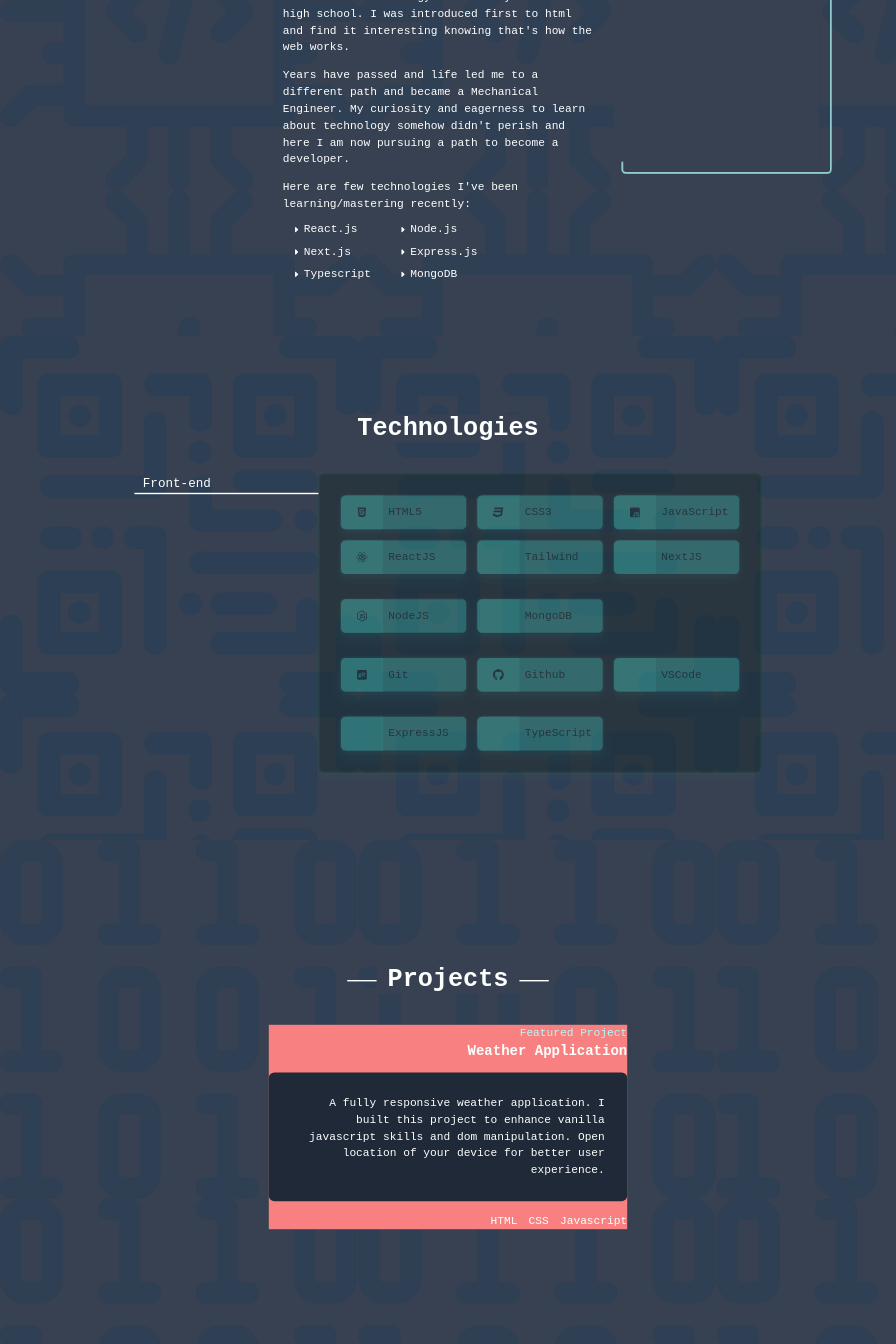
Repository: riandev25/nextjs-portfolio
Page: /
An editor plug-in stored every save of this project. The page is shown before and after the next save, followed by the edit.
The browser window is 1280 px wide. The pictures show the part of the page from y = 960 to 2880 px (the page is 2880 px tall), at 70% of full size.
Backgrounds fixed to the window are drawn as part of the page. The project was rebuilt for these pictures with package versions that can differ from the ones it lists, and the page was loaded fresh each time. The framework's server and built-in components were replaced by stand-ins that run in the browser. Also part of the build but not shown: next.config.js, components/Home/Keyboard/index.module.css, components/Home/Keyboard/index.jsx.

Above is the page before, as saved 2022-11-12 19:05:54.

### pages/_app.jsx
import Head from 'next/head';
import link from 'next/link';
import '../styles/globals.css';

import Layout from '../components/Layout';
import { ParallaxProvider } from 'react-scroll-parallax';

function MyApp({ Component, pageProps }) {
  return (
    <ParallaxProvider>
      <Head>
        <title>Rian Miguel Engracia</title>
        <meta name='viewport' content='initial-scale=1.0, width=device-width' />
        <link
          rel='apple-touch-icon'
          sizes='180x180'
          href='/apple-touch-icon.png'
        />
        <link
          rel='icon'
          type='image/png'
          sizes='32x32'
          href='/favicon-32x32.png'
        />
        <link
          rel='icon'
          type='image/png'
          sizes='16x16'
          href='/favicon-16x16.png'
        />
        <link rel='manifest' href='/site.webmanifest' />
        <link rel='mask-icon' href='/safari-pinned-tab.svg' color='#5bbad5' />
        <meta name='msapplication-TileColor' content='#2d89ef' />
        <meta name='theme-color' content='#ffffff' />
      </Head>
      <Layout>
        <Component {...pageProps} />
      </Layout>
    </ParallaxProvider>
  );
}

export default MyApp;

### pages/index.jsx
import Head from 'next/head';
import Image from 'next/image';
import Home from '../components/Home/Home';
import { Fragment } from 'react';
import Header from '../components/Header';
import About from '../components/About';
import Technologies from '../components/Technologies';
import Projects from '../components/Projects';

export default function Page() {
  return (
    <Fragment>
      <Header />
      <Home />
      <About />
      <Technologies />
      <Projects title='Projects' />
    </Fragment>
  );
}

### styles/globals.css
@tailwind base;
@tailwind components;
@tailwind utilities;

html,
body {
  padding: 0;
  margin: 0;
  /* font-family: 'Roboto', sans-serif; */
  font-family: monospace, sans-serif;
}

a {
  color: inherit;
  text-decoration: none;
}

* {
  box-sizing: border-box;
}

.image-filter {
  /* filter: invert(93%) sepia(19%) saturate(586%) hue-rotate(121deg)
    brightness(102%) contrast(97%); */
  filter: invert(93%) sepia(69%) saturate(347%) hue-rotate(120deg)
    brightness(104%) contrast(97%);
  opacity: 0.3;
  transition: filter 0.3s, opacity 0.3s;
}

.image-filter:hover {
  filter: none;
  opacity: 1;
}

@media (prefers-color-scheme: dark) {
  html {
    color-scheme: dark;
  }
  body {
    color: white;
    background: black;
  }
}

### components/Layout/index.jsx
import Header from '../Header';
import Email from '../Header/Email';

const Layout = ({ children }) => {
  return (
    <div className='relative w-full h-full bg-gray-700'>
      <Header />
      <Email />
      {children}
    </div>
  );
};

export default Layout;

### components/Home/Home.jsx
import Link from 'next/link';
import Image from 'next/future/image';
import { useParallax } from 'react-scroll-parallax';
import styles from './index.module.css';
import DevImage from '../../assets/images/dev-image.svg';
import GithubImage from '../../assets/images/github-neon-fill.png';
import LinkedinImage from '../../assets/images/linkedin-neon-fill.png';
import FacebookImage from '../../assets/images/facebook-neon-fill.png';
import Keyboard from './Keyboard';
import { useState } from 'react';

export const images = [
  {
    id: 'github',
    imgSrc: GithubImage,
    link: 'https://github.com/riandev25',
  },
  {
    id: 'linkedin',
    imgSrc: LinkedinImage,
    link: 'https://www.linkedin.com/in/rian-miguel-engracia/',
  },
  {
    id: 'facebook',
    imgSrc: FacebookImage,
    link: 'https://web.facebook.com/rianmiguel.engracia',
  },
  {
    id: 'email',
    email: 'rianengracia@gmail.com',
  },
];

const nameArray = ['I', '&apos;', 'm', ' ', 'R', 'i', 'a', 'n'];
const jobArray = [
  'f',
  'u',
  'l',
  'l',
  ' ',
  's',
  't',
  'a',
  'c',
  'k',
  ' ',
  'd',
  'e',
  'v',
  'e',
  'l',
  'o',
  'p',
  'e',
  'r',
];

const Home = () => {
  const { ref } = useParallax({
    translateY: [-100, 30, 'easeInOut'],
  });
  const [keyboard, setKeyboard] = useState(true);
  return (
    <header className='flex justify-center items-center w-full h-screen px-20 bg-fixed bg-repeat bg-bg_gear_image'>
      <section ref={ref} className='w-4/12 space-y-4'>
        <div className='flex flex-col gap-2.5 place-items-start'>
          <h1 className={`text-xl font-thin text-white ${styles.typingLet}`}>
            Hi there!
          </h1>
          <h1 className='text-6xl font-bold animate-neon_text'>
            I&apos;m Rian Miguel
          </h1>
          <h1 className='text-xl text-white font-bold'>
            <span className='text-xl font-thin'>a</span> Full Stack Developer
          </h1>
        </div>
        <ul className='flex flex-row gap-4'>
          {images.map((item) => {
            if (item.id === 'email') return;
            return (
              <li
                className='block p-3 bg-gray-800 border rounded-lg border-[#b2fcfb] transition-all hover:scale-110'
                key={item.id}
              >
                <Link href={item.link} legacyBehavior>
                  <a className=''>
                    <Image
                      className=''
                      src={item.imgSrc}
                      alt={item.id}
                      width={20}
                      height={20}
                      sizes='5vw'
                    />
                  </a>
                </Link>
              </li>
            );
          })}
        </ul>
      </section>
      <section className='hidden lg:flex max-w-2xl h-full justify-center items-center'>
        <Image
          src={DevImage}
          alt='dev-image'
          width={500}
          height={500}
          sizes='(max-width: 768px) 50vw'
        />
        {/* <Keyboard /> */}
      </section>
    </header>
  );
};

export default Home;

### components/Header/index.jsx
import Logo from '../Logo';
import Navbar from './Navbar';
import { FontAwesomeIcon } from '@fortawesome/react-fontawesome';
import { faBars } from '@fortawesome/free-solid-svg-icons';

const Header = () => {
  return (
    <nav className='px-8 py-1 bg-gray-700 dark:bg-gray-900 fixed w-full z-50 top-0 left-0 border-b shadow-sm border-gray-700 md:px-20 md:py-3 dark:border-gray-600'>
      <div className='flex flex-row justify-between items-center w-full'>
        <section className=''>
          <Logo />
        </section>

        <div className='flex md:order-2'>
          <button
            type='button'
            className='hidden lg:flex bg-transparent text-[#b2fcfb] border border-[#b2fcfb] hover:bg-[#b2fcfb] hover:opacity-40 transition-all font-medium rounded-lg text-sm px-5 py-2.5 text-center mr-3 md:mr-0 dark:bg-blue-600 dark:hover:bg-blue-700 dark:focus:ring-blue-800'
          >
            Get started
          </button>
          <button
            data-collapse-toggle='navbar-sticky'
            type='button'
            className='cursor-pointer inline-flex items-center p-2 text-sm bg-white rounded-lg md:hidden hover:bg-gray-400 focus:outline-none focus:ring-2 focus:ring-gray-200 dark:text-gray-400 dark:hover:bg-gray-700 dark:focus:ring-gray-600'
            aria-controls='navbar-sticky'
            aria-expanded='false'
          >
            <span className='sr-only'>Open main menu</span>
            <FontAwesomeIcon icon={faBars} className='text-gray-800' />
          </button>
        </div>
        <Navbar />
      </div>
    </nav>
  );
};

export default Header;

### components/About/index.jsx
import Image from 'next/future/image';
import PageHeader from '../PageHeader';
import { FontAwesomeIcon } from '@fortawesome/react-fontawesome';
import { faCaretRight } from '@fortawesome/free-solid-svg-icons';
import ProgrammerImage from '../../assets/images/programmer.jpg';
import { useParallax } from 'react-scroll-parallax';

const technologies = [
  'React.js',
  'Node.js',
  'Next.js',
  'Express.js',
  'Typescript',
  'MongoDB',
];

const About = () => {
  return (
    <div className='pt-4 w-full h-screen flex flex-col gap-11 justify-center items-center text-white px-20 bg-bg_chip_image bg-fixed'>
      <PageHeader title='About me' />
      <div className='max-w-3xl flex flex-row gap-6'>
        <section className='max-w-md flex flex-col gap-4'>
          <p>
            Hi! I am Rian Miguel Engracia, a Registered Mechanical Engineer in
            the Philippines. My interest in technology started way back in high
            school. I was introduced first to html and find it interesting
            knowing that&apos;s how the web works.
          </p>
          <p>
            Years have passed and life led me to a different path and became a
            Mechanical Engineer. My curiosity and eagerness to learn about
            technology somehow didn&apos;t perish and here I am now pursuing a
            path to become a{' '}
            <span className='text-[neon-green] no-underline decoration-[neon-green] underline-offset-4 decoration-2 hover:underline'>
              developer
            </span>
            .
          </p>
          <div className='flex flex-col gap-3'>
            <p>
              Here are few technologies I&apos;ve been learning/mastering
              recently:
            </p>
            <ul className='grid grid-cols-3 gap-2'>
              {technologies.map((item, i) => {
                return (
                  <li
                    key={item}
                    className={`${(i + 1) % 2 === 0 ? 'col-span-2' : ''}
                    } flex justify-start items-center gap-2 pl-4`}
                  >
                    <FontAwesomeIcon icon={faCaretRight} className='w-1.5' />
                    <span className=''>{item}</span>
                  </li>
                );
              })}
            </ul>
          </div>
        </section>
        <section className='relative'>
          <div className='absolute z-20 w-[295px] h-[295px] bg-gray-700'></div>
          <Image
            className='relative z-30 rounded-md image-filter bg-[#b2fcfb] border-2 peer'
            src={ProgrammerImage}
            alt='developer'
            width={300}
            height={300}
            priority='true'
            sizes='(max-width: 768px) 100vw, 50vw'
          />
          <div className='absolute top-0 left-0 w-[300px] h-[300px] bg-transparent border-2 border-[#b2fcfb] transition-duration-300 delay-300 ease-in-out translate-x-3 translate-y-3 z-10 rounded-md peer-hover:translate-x-2 peer-hover:translate-y-2 '></div>
        </section>
      </div>
    </div>
  );
};

export default About;

### components/Projects/index.jsx
import Link from 'next/link';
import Image from 'next/future/image';
import PageHeader from '../PageHeader';
import WeatherImage from '../../assets/images/weather-app.png';
import { FontAwesomeIcon } from '@fortawesome/react-fontawesome';
import { faGithubAlt } from '@fortawesome/free-brands-svg-icons';
import { faSquareArrowUpRight } from '@fortawesome/free-solid-svg-icons';
import Links from './Links';

const TECH_WEATHER = ['HTML', 'CSS', 'Javascript'];
const WEATHER = [
  {
    id: 1,
    icon: faGithubAlt,
    link: 'https://riandev25.github.io/js-weather-app/dist/',
  },
  {
    id: 2,
    icon: faSquareArrowUpRight,
    link: 'https://riandev25.github.io/js-weather-app/dist/',
  },
];

const Projects = () => {
  return (
    <div className='pt-4 flex flex-col w-full h-screen gap-11 justify-center items-center text-white px-20 bg-bg_binary_image bg-fixed'>
      <PageHeader title='Projects' />
      <div className='flex flex-row justify-center items-center'>
        {/* <section className='relative w-24 h-24 flex'>
          <Image
            src={WeatherImage}
            alt='weather-app'
            fill
            className='object-cover w-7/12'
          />
        </section> */}
        <section className='w-[32rem] bg-red-400 flex flex-col gap-4'>
          <div className='flex flex-col justify-center items-end'>
            <h2 className='text-neon'>Featured Project</h2>
            <h1 className='text-xl font-bold'>Weather Application</h1>
          </div>
          <div className='bg-gray-800 p-8 rounded-lg'>
            <p className='text-right'>
              A fully responsive weather application. I built this project to
              enhance vanilla javascript skills and dom manipulation. Open
              location of your device for better user experience.
            </p>
          </div>
          <ul className='flex flex-row justify-end items-center gap-4'>
            {TECH_WEATHER.map((item) => {
              return <li key={item}>{item}</li>;
            })}
          </ul>
          <Links array={WEATHER} />
        </section>
      </div>
    </div>
  );
};

export default Projects;

### components/Header/Email.jsx
import Link from 'next/link';
import Image from 'next/image';
import { images } from '../Home/Home';

const Email = () => {
  return (
    <aside className='fixed bottom-64 right-0'>
      <div className='flex justify-center items-center relative rotate-90'>
        <Link href='' legacyBehavior>
          <a className='z-50 transition-all text-[#b2fcfb] bg-gray-700 px-2 hover:text-[#68fffc] hover:scale-110'>
            rianengracia@gmail.com
          </a>
        </Link>
        <div className='w-96 bg-[#b2fcfb] absolute top-1/2 left-0 h-px'></div>
      </div>
    </aside>
  );
};

export default Email;

### components/Home/index.module.css
.typingLet {
  width: 134px;
  animation: typing 2s steps(12), blink 0.5s step-end infinite alternate;
  white-space: nowrap;
  overflow: hidden;
  border-right: 3px solid;
  font-family: monospace;
  font-size: 2em;
}

@keyframes typing {
  from {
    width: 0;
  }
}

@keyframes blink {
  50% {
    border-color: transparent;
  }
}

### components/Logo/index.jsx
import Image from 'next/future/image';
import LogoImage from '../../assets/images/logo.svg';
import LogoDark from '../../assets/images/logo-dark.svg';
import LogoLight from '../../assets/images/logo-light.svg';
import {
  faAngleLeft,
  faGear,
  faforward,
} from '@fortawesome/free-solid-svg-icons';
import { FontAwesomeIcon } from '@fortawesome/react-fontawesome';

const Logo = () => {
  return (
    <div className='flex items-center relative'>
      <Image
        src={LogoImage}
        alt='logo'
        width={185}
        height={55}
        className='hidden md:flex'
        sizes='(max-width: 768px) 15vw'
      />
      <Image
        src={LogoLight}
        alt='logo-light'
        width={50}
        height={50}
        className='flex md:hidden'
        sizes='(max-width: 768px) 15vw'
      />
    </div>
  );
};

export default Logo;

### components/Header/Navbar.jsx
import Link from 'next/link';

const Navbar = () => {
  const data = [
    {
      id: 'Home',
    },
    {
      id: 'About',
    },
    {
      id: 'Technologies',
    },
    {
      id: 'Projects',
    },
  ];
  return (
    <div
      className='hidden absolute top-0 right-0 justify-between items-center w-full md:flex md:relative md:w-auto md:order-1'
      id='navbar-sticky'
    >
      <ul className='flex flex-col justify-center items-center flex-auto rounded-lg md:justify-between md:flex-row md:space-x-12 md:p-2 md:mt-0 md:text-sm md:font-medium md:border-0 dark:bg-gray-800 md:dark:bg-gray-900 dark:border-gray-700'>
        {data.map((item) => {
          return (
            <li key={item.id} className='relative group'>
              <Link href={item.id}>
                <a
                  className='block py-2 px-1 text-base font-extralight text-white dark:text-white'
                  // aria-current='page'
                >
                  {item.id}
                </a>
              </Link>

              <span className='z-50 absolute bottom-1.5 w-0 h-[1px] bg-white transition-all md:group-hover:w-full'></span>
            </li>
          );
        })}
      </ul>
    </div>
  );
};

export default Navbar;

### components/PageHeader/index.jsx
const PageHeader = ({ title }) => {
  return (
    <div className='relative overflow-visible flex justify-center items-center'>
      <h1 className='relative z-10 w-full text-4xl font-bold flex flex-start bg-gray-700 px-4 animate-neon_text'>
        {title}
      </h1>
      <span className='absolute top-1/2 w-72 h-0.5 bg-white animated-neon_bg'></span>
    </div>
  );
};

export default PageHeader;

### components/Projects/Links.jsx
import Link from 'next/link';
import { FontAwesomeIcon } from '@fortawesome/react-fontawesome';

const Links = ({ array }) => {
  array.map((item) => {
    return (
      <ul key={item.id} className='flex flex-row'>
        <li>
          <Link href={item.link} passHref>
            <a>
              <FontAwesomeIcon icon={item.icon} className='text-white w-3' />
            </a>
          </Link>
        </li>
      </ul>
    );
  });
};

export default Links;

// 'https://riandev25.github.io/js-weather-app/dist/'

Loaded but not shown: tailwind.config.js (60 lines, source omitted); pages/_document.js (24 lines, source omitted); components/Technologies/index.jsx (206 lines, source omitted)

After the next save:
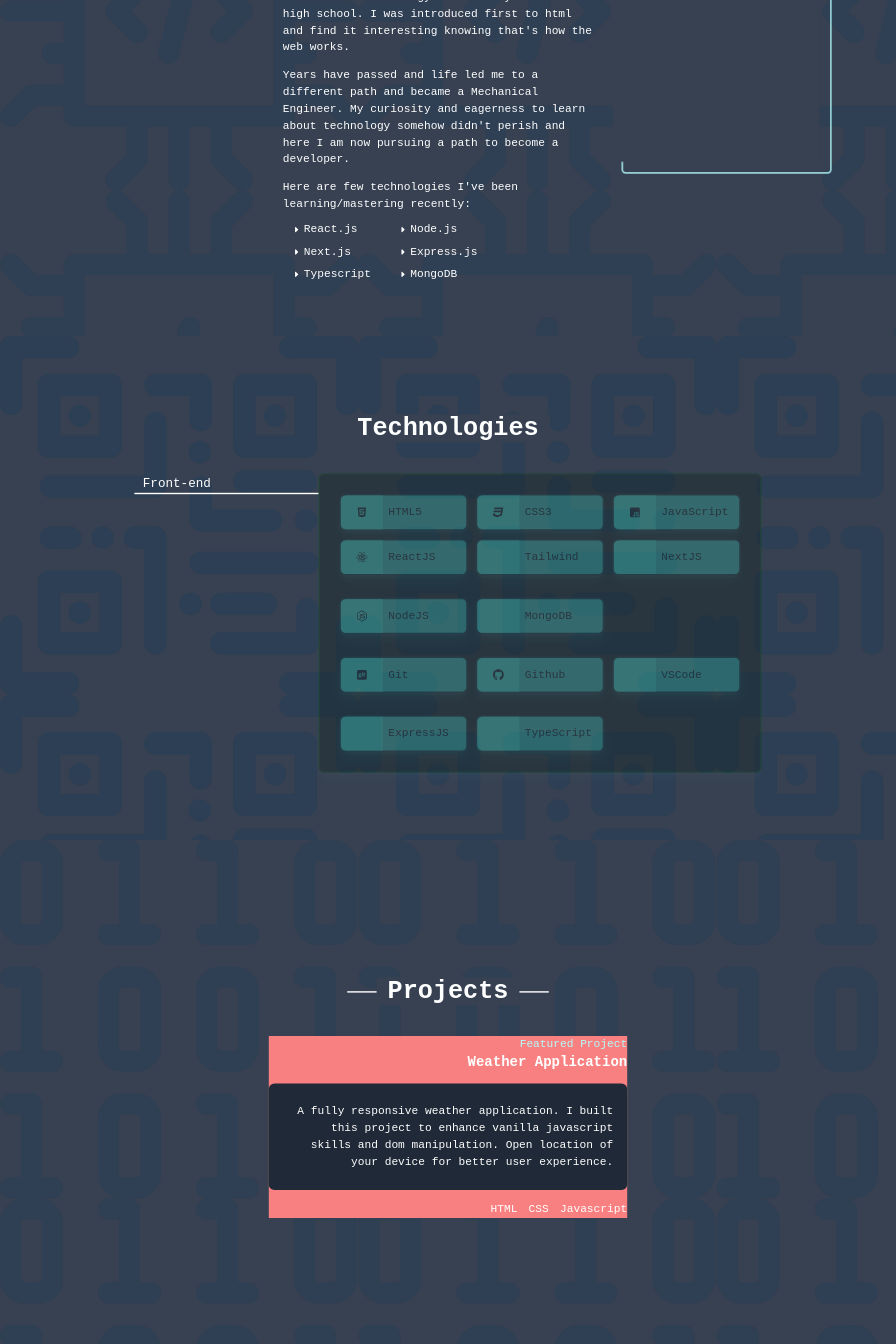
Saved 63 s later.
--- a/components/Projects/index.jsx
+++ b/components/Projects/index.jsx
@@ -39,7 +39,7 @@ const Projects = () => {
             <h2 className='text-neon'>Featured Project</h2>
             <h1 className='text-xl font-bold'>Weather Application</h1>
           </div>
-          <div className='bg-gray-800 p-8 rounded-lg'>
+          <div className='bg-gray-800 p-7 pr-5 rounded-lg'>
             <p className='text-right'>
               A fully responsive weather application. I built this project to
               enhance vanilla javascript skills and dom manipulation. Open
